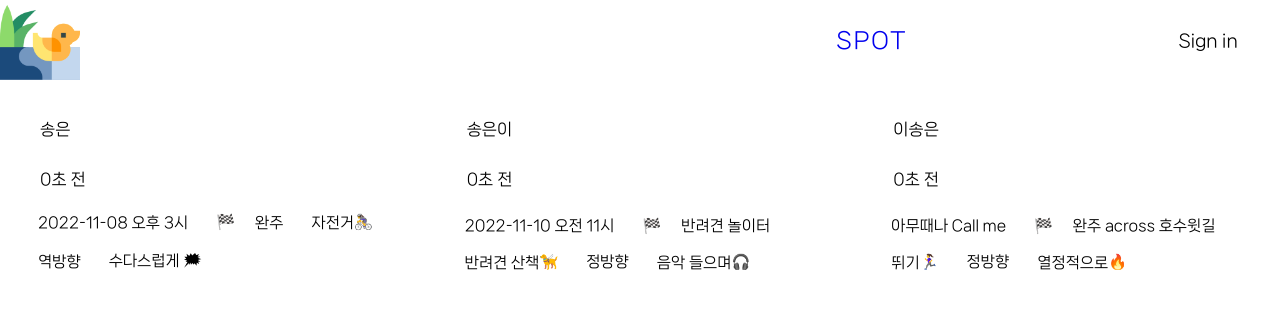
Repository: songeunleee/youngrangho
Page: /
These files come from the project's save history. The page is drawn as it stood at one moment and after the next save; the edit follows.
The browser window is 1280 px wide. The pictures show the whole page.
Some web libraries are served in a nearby version. The project was rebuilt for these pictures with package versions that can differ from the ones it lists, and the page was loaded fresh each time. Some packages were replaced by stand-ins written for this rebuild. Also part of the build but not shown: src/app.module.css, src/components/activity/activity.module.css, src/components/footer/footer.module.css, src/components/footer/footer.jsx, src/components/home/home.module.css, src/components/home/home.jsx, src/components/add_spot/add_spot.module.css, src/components/add_spot/add_spot.jsx and 6 more.

Above is the page before, as saved 2022-11-08 18:46:51.

After the next save:
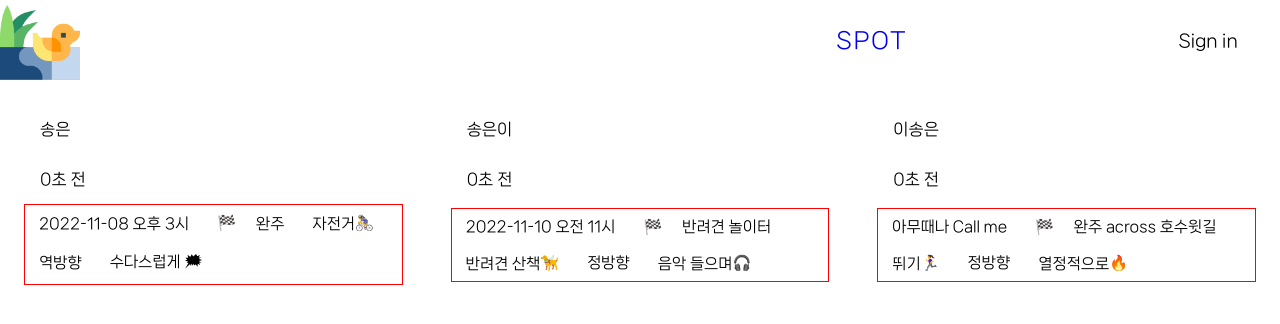
Saved 6 s later.
--- a/src/components/activity_item/activity_item.module.css
+++ b/src/components/activity_item/activity_item.module.css
@@ -35,7 +35,7 @@
 .content {
   display: flex;
   flex-wrap: wrap;
-  border: 1qx red solid;
+  border: 1px red solid;
 }
 .chip {
   font-size: 15px;
